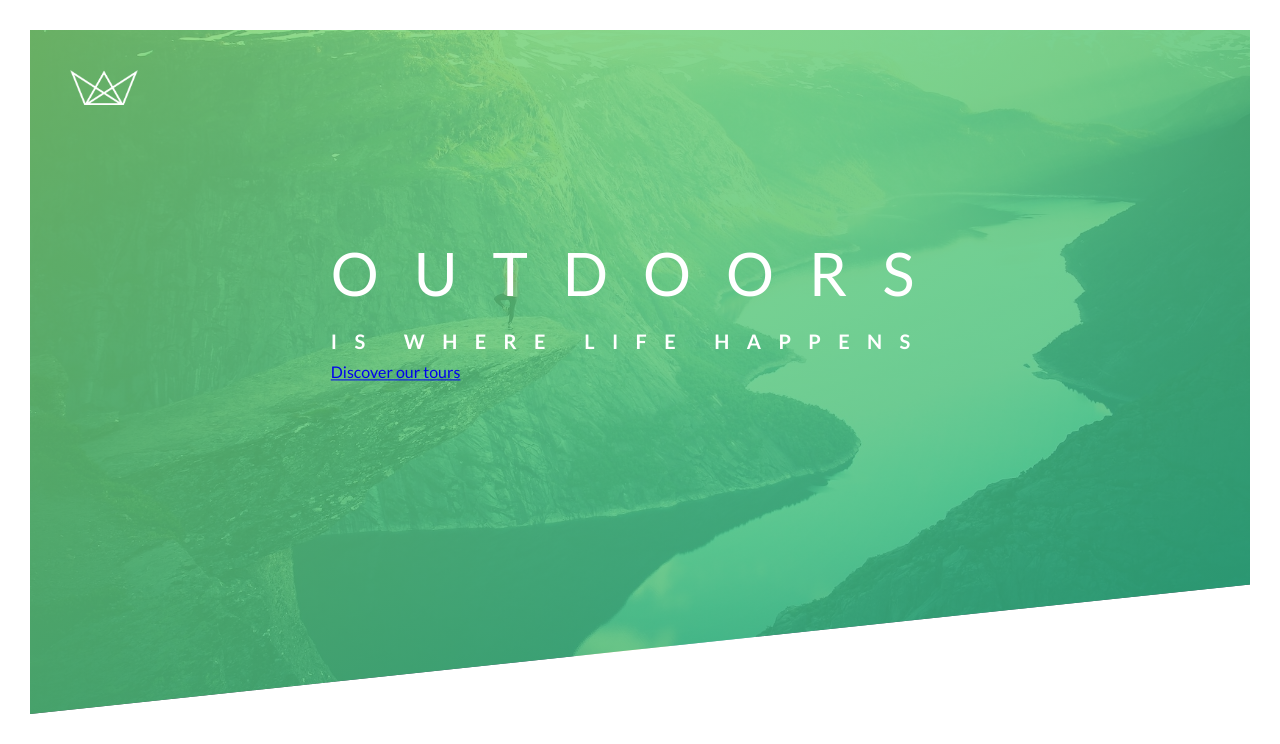
Repository: mukiSabljakovic/NatoursV1
Page: index.html
The author's editor kept a copy of each file at every save. The page is drawn from the files as they stood at one save, then again after the next save.
The browser window is 1280 px wide. The pictures show the whole page.
Some web libraries are served in a nearby version.

Above is the page before, as saved 2020-05-11 16:11:28.

### index.html
<!DOCTYPE html>
<html lang="en">
    <head>
        <meta charset="UTF-8">
        <meta name="viewport" content="width=device-width, initial-scale=1.0">

        <link href="https://fonts.googleapis.com/css?family=Lato:100,300,400,700,900" rel="stylesheet">

        <link rel="stylesheet" href="https://use.fontawesome.com/releases/v5.13.0/css/all.css" integrity="sha384-Bfad6CLCknfcloXFOyFnlgtENryhrpZCe29RTifKEixXQZ38WheV+i/6YWSzkz3V" crossorigin="anonymous">
        <link rel="stylesheet" href="style.css">
        <link rel="stylesheet" href="css/style.css">
        <link rel="shortcut icon" type="image/png" href="img/favicon.png">

        <title>Natours | Exciting tours for adventurous people</title>
    </head>
    <body>
       <header class="header">
           <div class="logo-box">
               <img class="logo" src="img/logo-white.png" alt="Natours Logo">
           </div>

           <div class="text-box">
               <h1 class="heading-primary">
                   <span class="heading-primary-main">Outdoors</span>
                   <span class="heading-primary-sub">is where life happens</span>
               </h1>
               <a href="#" class="btn btn-white">Discover our tours</a>
           </div>

       </header>

    </body>
</html>

### css/style.css
@import url('https://fonts.googleapis.com/css2?family=Lato:wght@300;400;900&display=swap');

/*
COLORS:

Light green: #7ed56f
Medium green: #55c57a
Dark green: #28b485

*/

/* Basic Reset */


* {
    margin: 0;
    padding: 0;
    box-sizing: border-box;
}

body {
    font-family: 'Lato', sans-serif;
    font-weight: 400;
    font-size: 16px;
    line-height: 1.7;
    color: #777;
    padding: 1.875rem;
}

.header {
    height: 95vh;
    background-image: linear-gradient(
        to right bottom,
        rgba(126, 213, 111, .8),
        rgba(40, 180, 133, .8)),
        url(../img/hero.jpg);
    background-size: cover;
    background-position: top;

    clip-path: polygon(0 0, 100% 0, 100% 77vh, 0 100%);
    position: relative;
}

.logo-box {
    position: absolute;
    top: 40px;
    left: 40px;
}

.logo {
    height: 35px;
}

.text-box {
    position: absolute;
    top: 40%;
    left: 50%;
    transform: translate(-50%, -50%);
}

.heading-primary {
    color: #fff;
    text-transform: uppercase;

    /* Fix animation shaking */
    backface-visibility: hidden;
}

.heading-primary-main {
    display: block;
    font-size: 3.75rem;
    font-weight: 400;
    letter-spacing: 2.1875rem;

    animation-name: moveInLeft;
    animation-duration: 1s;
    animation-timing-function: ease-out;
}

.heading-primary-sub {
    display: block;
    font-size: 1.25rem;
    font-weight: 700;
    letter-spacing: 1.0875rem;

    animation: moveInRight 1s ease-out;
}

@keyframes moveInLeft {
    0% {
        opacity: 0;
        transform: translateX(-100%);
    }

    80% {
        transform: translateX(10px);
    }

    100% {
        opacity: 1;
        trannsform: translate(0);
    }
}

@keyframes moveInRight {
    0% {
        opacity: 0;
        transform: translateX(100%);
    }

    80% {
        transform: translateX(-10px);
    }

    100% {
        opacity: 1;
        transform: translate(0);
    }
}

After the next save:
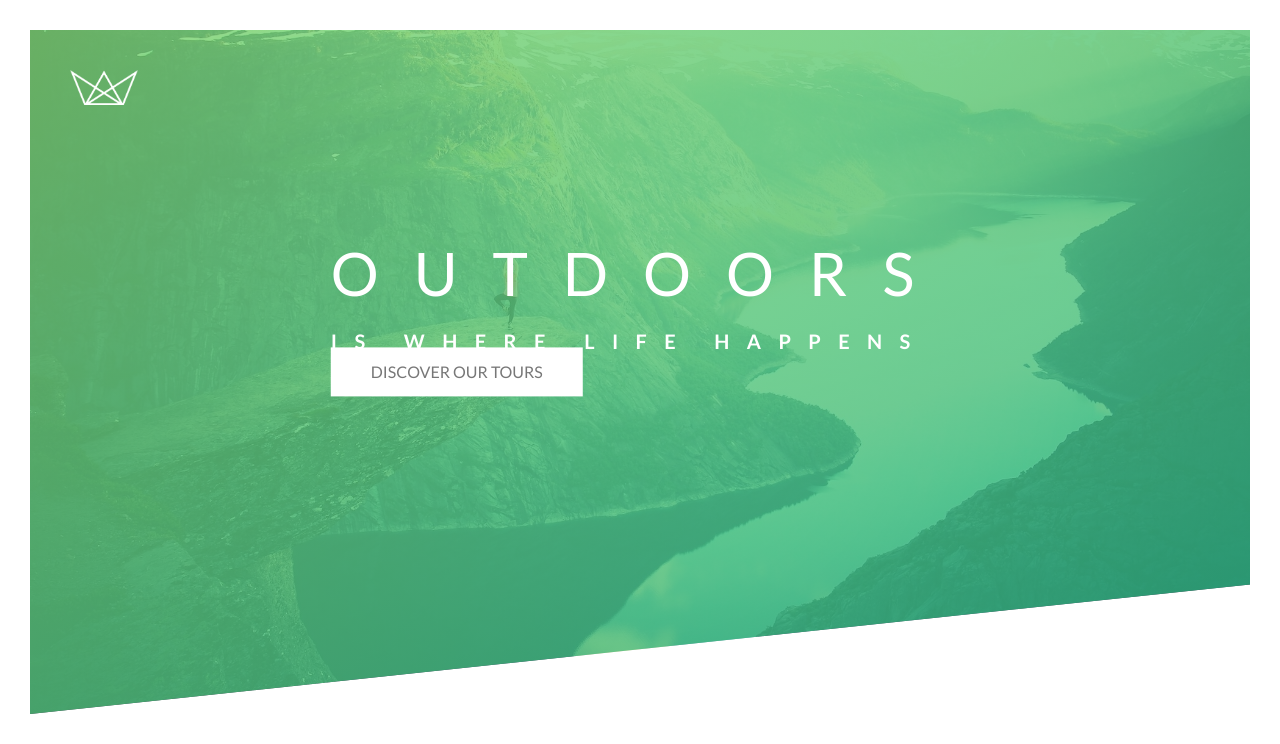
Saved 71 s later.
--- a/css/style.css
+++ b/css/style.css
@@ -117,3 +117,15 @@ body {
         transform: translate(0);
     }
 }
+
+.btn:link,
+.btn:visited {
+    text-transform: uppercase;
+    text-decoration: none;
+    padding: 15px 40px;
+}
+
+.btn-white {
+    background-color: #fff;
+    color: #777;
+}
